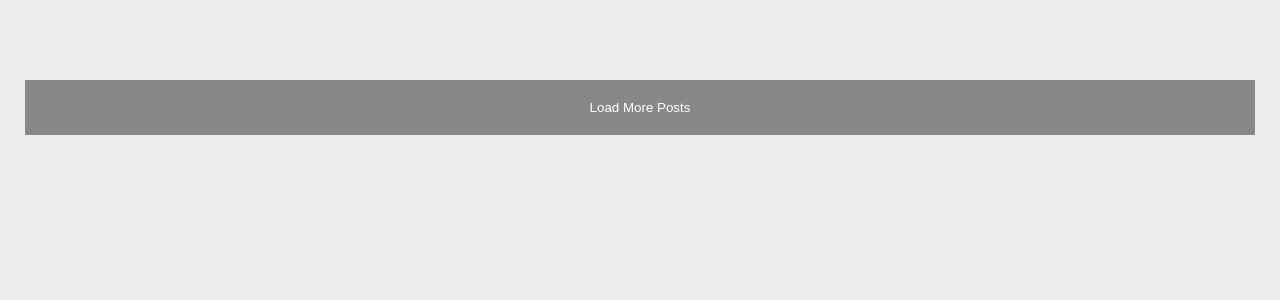
Repository: anderfmelo/temp-repo
Page: /
An editor plug-in stored every save of this project. The page is shown before and after the next save, followed by the edit.
The browser window is 1280 px wide. The pictures show the whole page.
The page's requests for data from a server got no answer. The project was rebuilt for these pictures with package versions that can differ from the ones it lists, and the page was loaded fresh each time. No one was signed in, and anything a server would have sent is missing. Also part of the build but not shown: src/components/PostCard/styles.css, src/components/PostCard/index.jsx.

Above is the page before, as saved 2022-04-20 12:25:24.

After the next save:
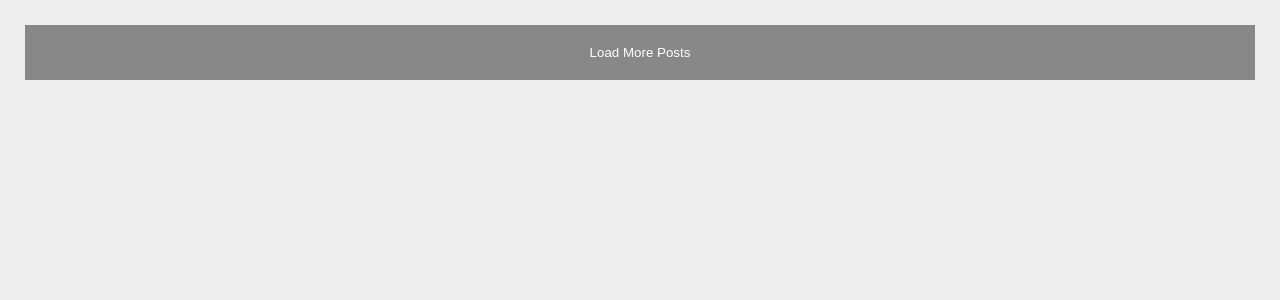
Saved 6 s later.
--- a/src/templates/Home/styles.css
+++ b/src/templates/Home/styles.css
@@ -5,7 +5,7 @@
 }
 
 .button-container {
-  min-height: 110px;
+  min-height: 0px;
   display: flex;
   align-items: flex-end;
 }
